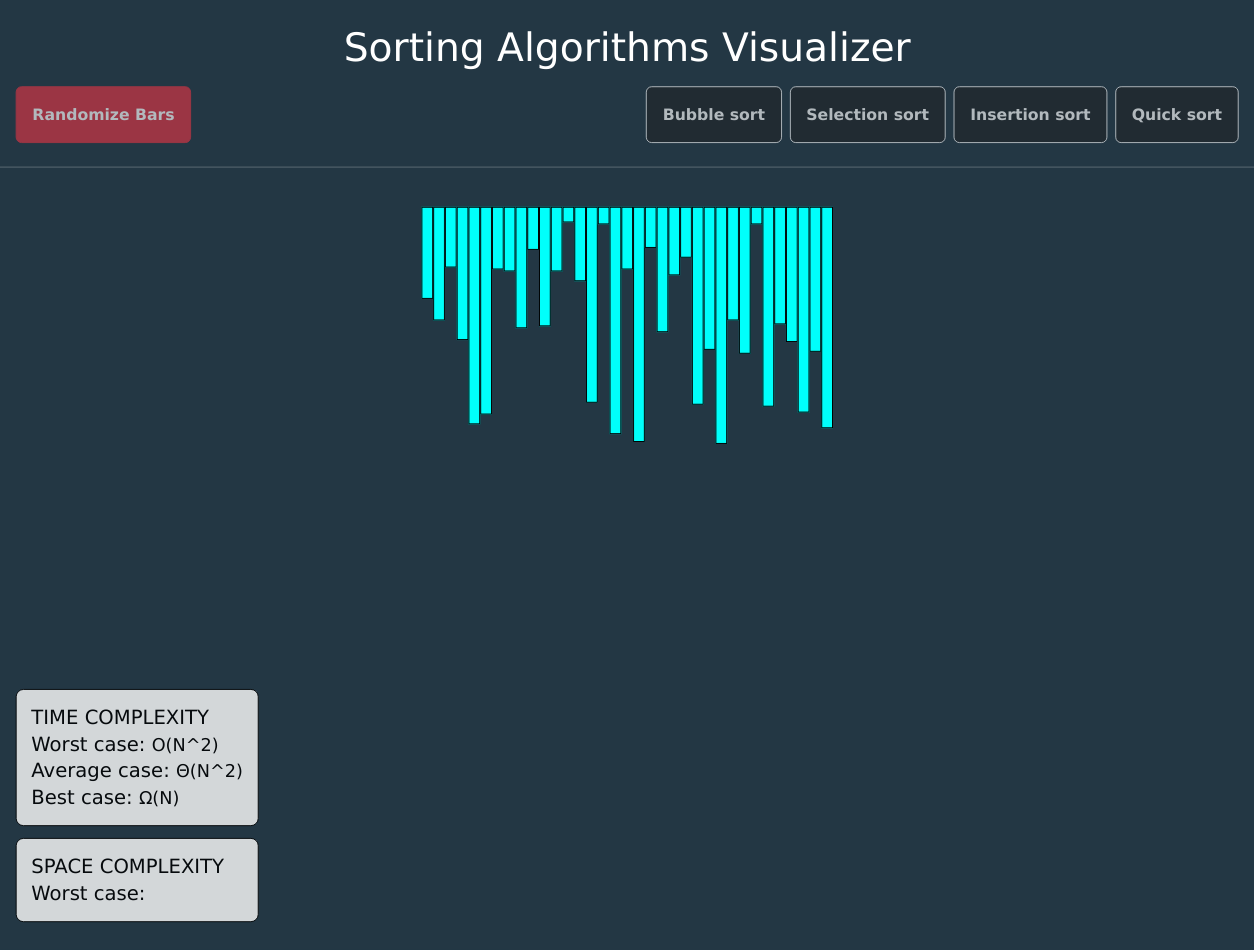
Repository: Vasil1001/Sorting-Algorithms-Visualizer-js
Page: views/index.html
These files come from the project's save history. The page is drawn as it stood at one moment and after the next save; the edit follows.
The browser window is 1280 px wide. The pictures show the whole page, at 98% of full size.
After loading, the first visible `#bubble_sort` was clicked once.

Above is the page before, as saved 2022-11-04 01:26:32.
Console error: TypeError: Cannot set properties of null (setting 'innerText')

After the next save:
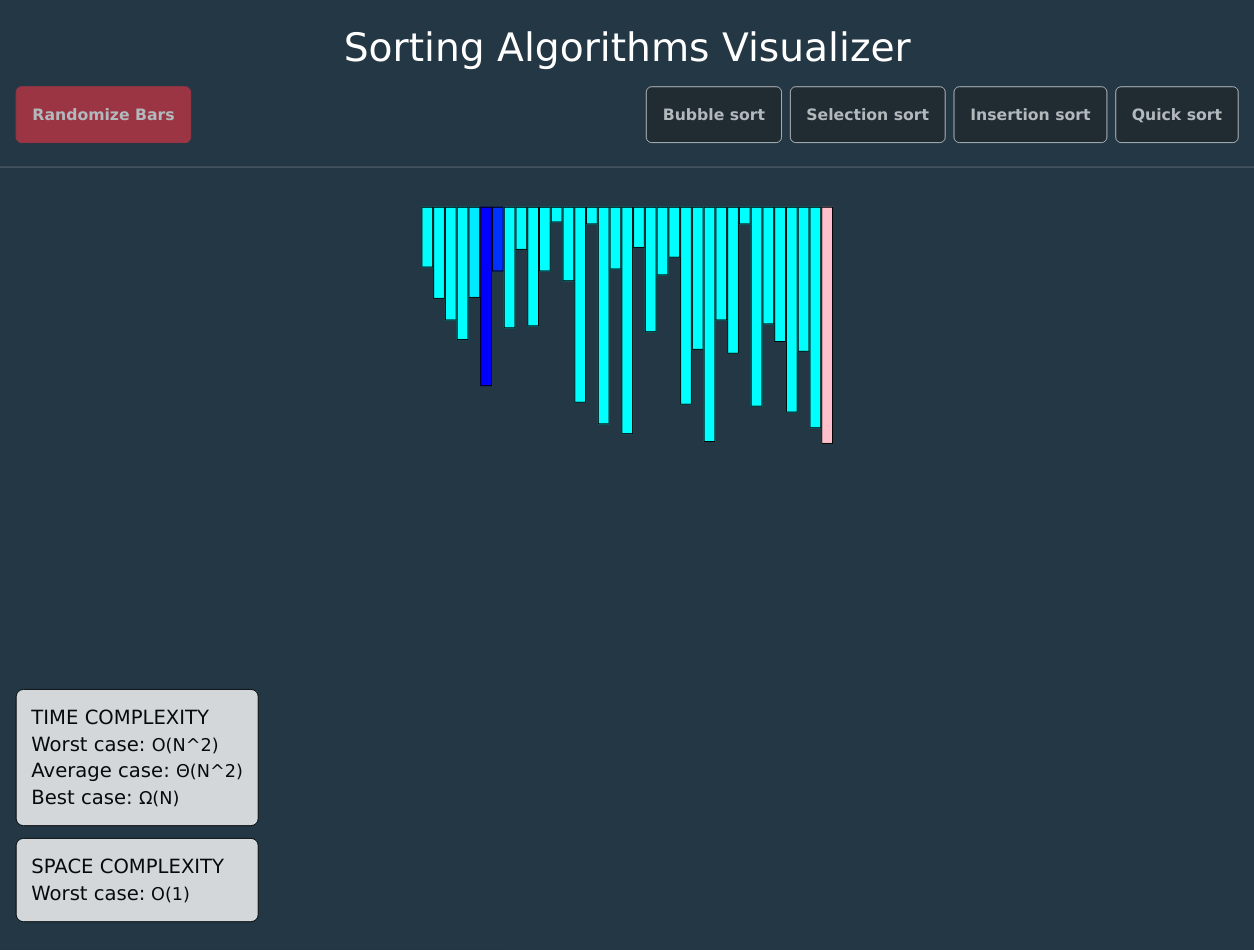
The error is gone.
Saved 5 s later.
--- a/sort_algos_js_files/bubble.js
+++ b/sort_algos_js_files/bubble.js
@@ -6,7 +6,7 @@ async function bubbleSort() {
     document.getElementById("best_time").innerText="Ω(N)";
 
     //Setting Space complexity
-    document.getElementById("Space_Worst").innerText="O(1)";
+    document.getElementById("space_complexity").innerText="O(1)";
 
     console.log('bubble sort clicked');
     // get the bars from index
